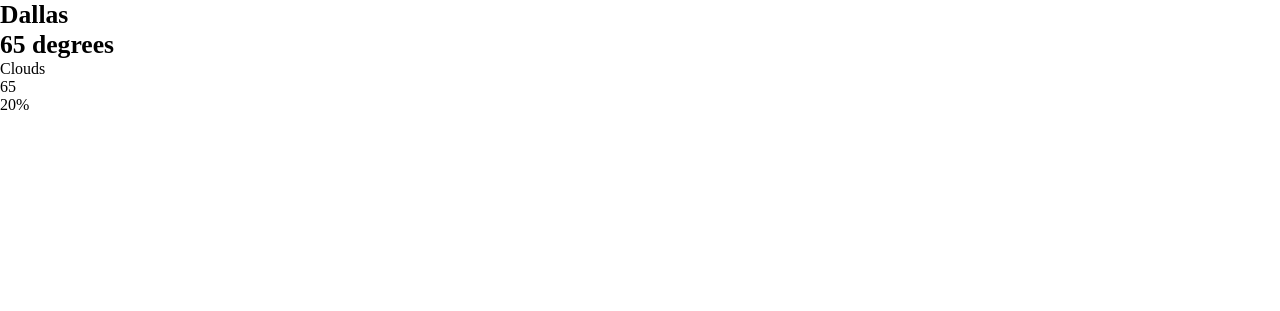
Repository: cakuang1/kanyequotes
Page: /
These files come from the project's save history. The page is drawn as it stood at one moment and after the next save; the edit follows.
The browser window is 1280 px wide. The pictures show the whole page.
The project was rebuilt for these pictures with package versions that can differ from the ones it lists, and the page was loaded fresh each time.

Above is the page before, as saved 2022-07-16 15:13:51.

### src/index.css
* {
    box-sizing: border-box;
    margin: 0;
    padding: 0;


}

h1 {
    font-size: 1.6rem;

}

### src/App.js
import axios from 'axios';
import React,{useState} from 'react';




function App() {

  const url = 'https://api.openweathermap.org/data/2.5/weather?q=sanfrancisco&appid=8b4c41ca9585c94ca791570267e7f977'
  return (
    <div className="app">
        <div className='container'>
          <div className='top'>
            <div className='location'>
              <h1> Dallas</h1>
            </div>
            <div className='temp'>
              <h1>65 degrees</h1>
            </div>
            <div className='description'>
              <p>Clouds</p>
            </div>
          </div>
          <div className='bottome'>
            <div  className = "feels">
              <p>65</p>
            </div>
            <div className='humidity'>
              <p>20%</p>
            </div>
            <div className='winds'>



            </div>

          </div>
        </div>
    </div>
  );
}

export default App;

Loaded but not shown: public/index.html (common file); src/index.js (common file)

After the next save:
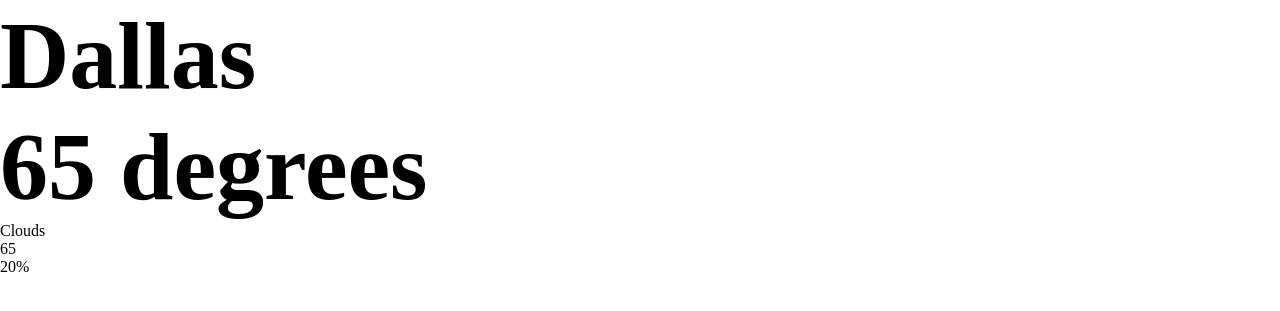
Saved 12 s later.
--- a/src/index.css
+++ b/src/index.css
@@ -7,6 +7,6 @@
 }
 
 h1 {
-    font-size: 1.6rem;
+    font-size: 6rem;
 
 }
